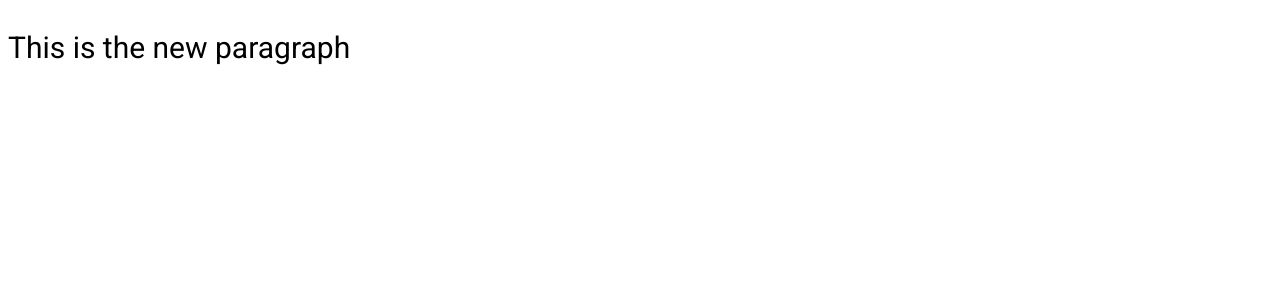
Repository: RagulRanjeeth/Frontend
Page: Correct.html
These files come from the project's save history. The page is drawn as it stood at one moment and after the next save; the edit follows.
The browser window is 1280 px wide. The pictures show the whole page.

Above is the page before, as saved 2026-01-22 13:09:48.

### Correct.html
<!DOCTYPE html>
<html>
    <head>
        <title>This is the first webpage</title>
        <link rel="stylesheet" href="First.css">
        <link rel="preconnect" href="https://fonts.googleapis.com">
<link rel="preconnect" href="https://fonts.gstatic.com" crossorigin>
<link href="https://fonts.googleapis.com/css2?family=Roboto:ital,wght@0,100..900;1,100..900&display=swap" rel="stylesheet">
    </head>
    <body>
        <p>This is the new paragraph</p>
    </body>
</html>

### First.css
P{
    font-family:Roboto;
    font-size: 30px;
    font-style: normal;
}

After the next save:
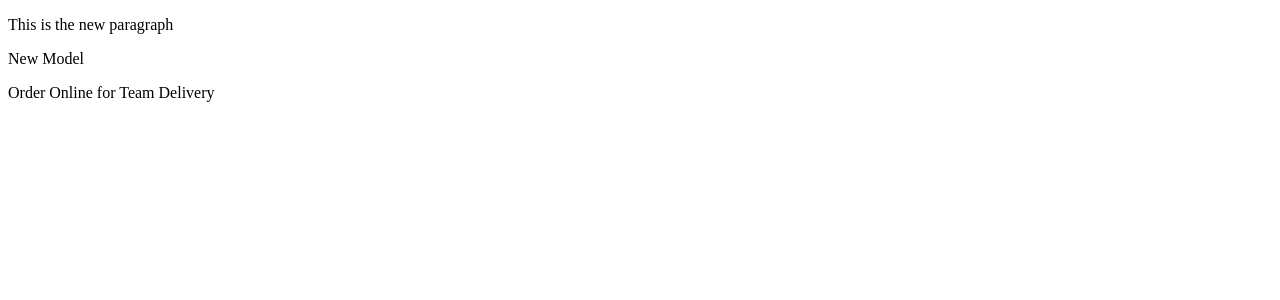
Saved 6 min 4 s later.
--- a/Correct.html
+++ b/Correct.html
@@ -2,12 +2,15 @@
 <html>
     <head>
         <title>This is the first webpage</title>
-        <link rel="stylesheet" href="First.css">
         <link rel="preconnect" href="https://fonts.googleapis.com">
 <link rel="preconnect" href="https://fonts.gstatic.com" crossorigin>
-<link href="https://fonts.googleapis.com/css2?family=Roboto:ital,wght@0,100..900;1,100..900&display=swap" rel="stylesheet">
+<link href="https://fonts.googleapis.com/css2?family=Montserrat:ital,wght@0,100..900;1,100..900&family=Roboto:ital,wght@0,100..900;1,100..900&display=swap" rel="stylesheet">
     </head>
     <body>
         <p>This is the new paragraph</p>
+
+        <p>New Model</p>
+
+        <p>Order Online for <span class="SpecialDec">Team Delivery</span></p>
     </body>
 </html>
